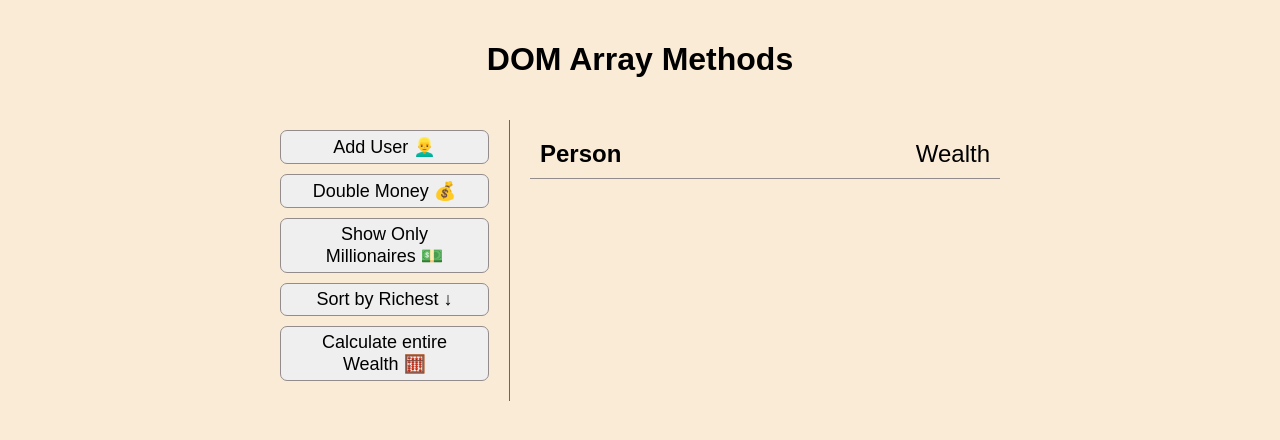
Repository: AbrorjonKuchkarov/DOM-Array-Methods
Page: index.html
An editor plug-in stored every save of this project. The page is shown before and after the next save, followed by the edit.
The browser window is 1280 px wide. The pictures show the whole page.

Above is the page before, as saved 2022-02-24 15:47:56.

After the next save:
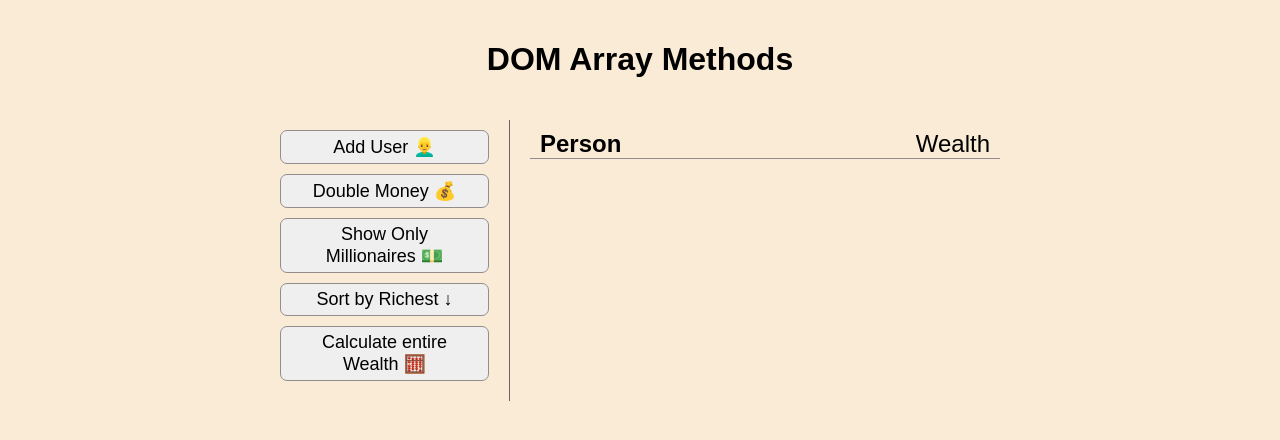
Saved 20 s later.
--- a/style.css
+++ b/style.css
@@ -48,6 +48,6 @@ h2{
    display: flex;
    justify-content: space-between;
    font-weight: 300;
-   padding: 10px;
+   padding: 0 10px;
    margin: 0px;
 }
